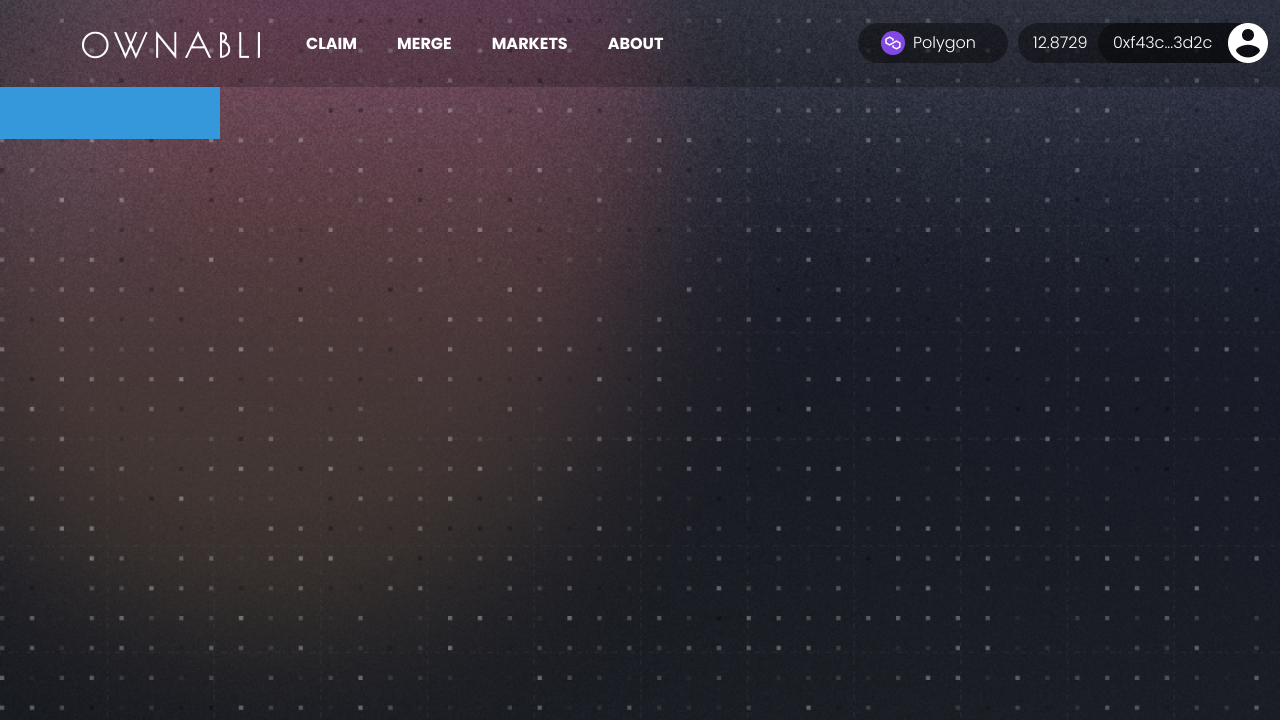
Repository: Rio-dapp/colors-nft
Page: website/merge.html
An editor plug-in stored every save of this project. The page is shown before and after the next save, followed by the edit.
The browser window is 1280 px wide. The pictures show the whole page.

Above is the page before, as saved 2022-04-23 13:21:16.

After the next save:
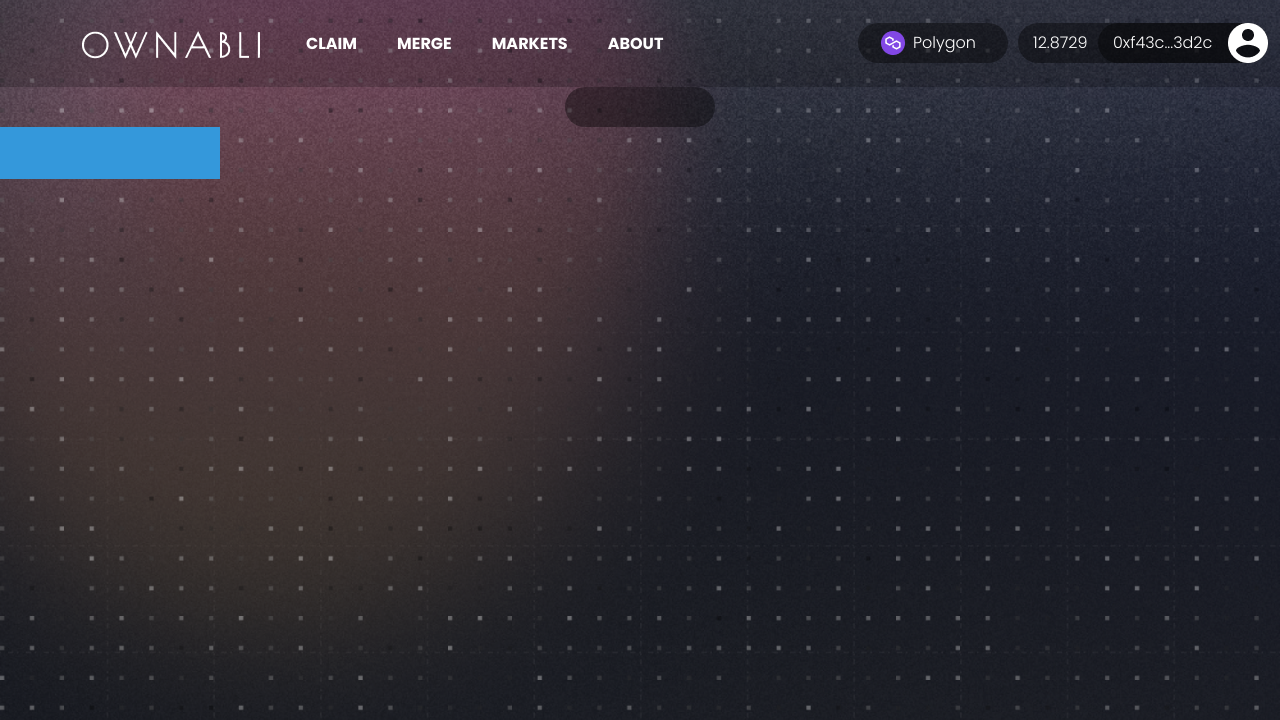
Saved 3 s later.
--- a/website/merge.html
+++ b/website/merge.html
@@ -62,7 +62,9 @@
           </div>
         </div>
       </nav>
+<div class="container picker-conteiner">
 
+</div>
     <div class="picker button-mint" ></div>
     <script>
       $(".picker").colorPick({ 'palette': ["#1abc9c", "#16a085", "#2ecc71"] });
